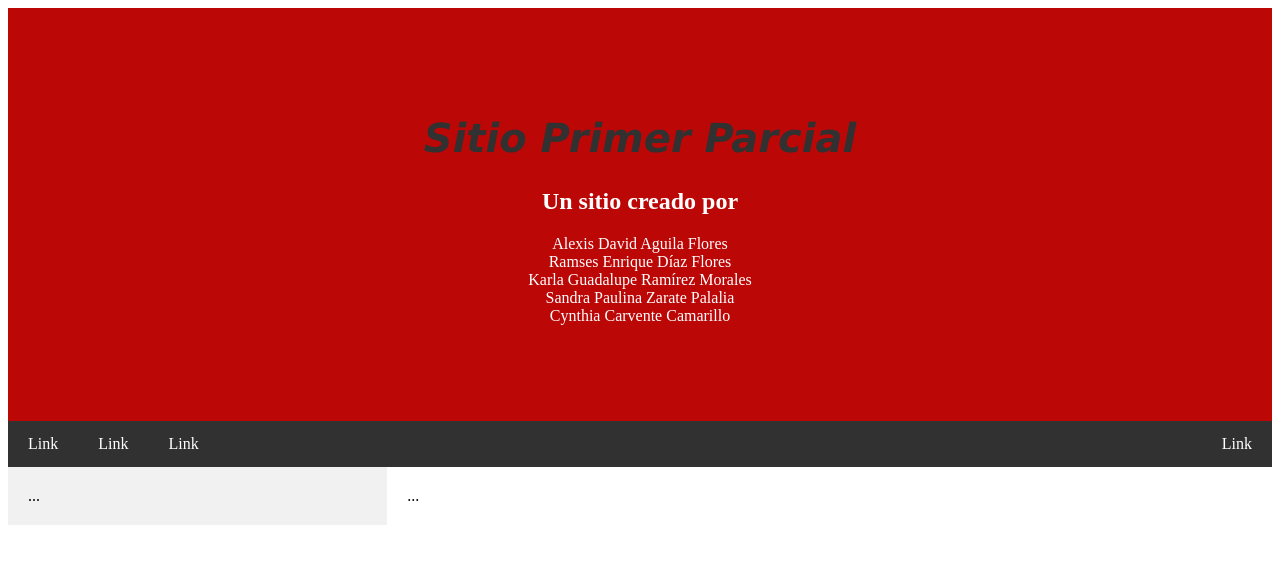
Repository: Dogueen/miniProyectoUniversidad
Page: miniProyecto/miniProyecto.html
These files come from the project's save history. The page is drawn as it stood at one moment and after the next save; the edit follows.
The browser window is 1280 px wide. The pictures show the whole page.

Above is the page before, as saved 2023-10-27 17:15:55.

After the next save:
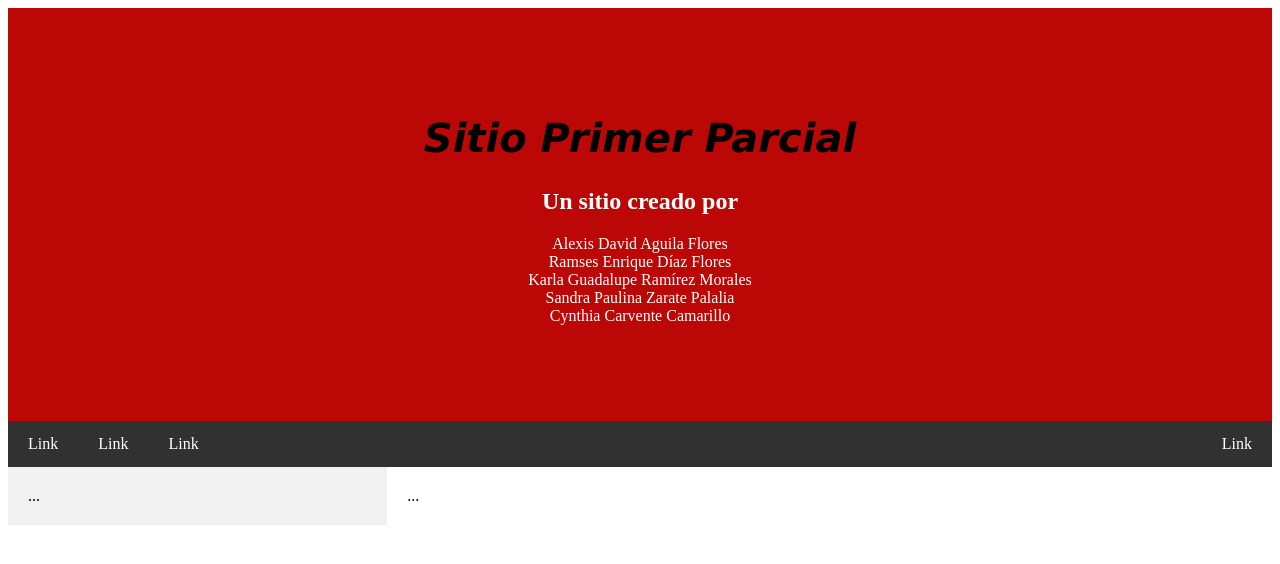
Saved 12 s later.
--- a/miniProyecto/styles/styles.css
+++ b/miniProyecto/styles/styles.css
@@ -18,7 +18,7 @@
     font-size: 40px;
     font-style: italic ;
     font-family: Verdana, Geneva, Tahoma, sans-serif;
-    color:#313131;
+    color:#000000;
 }
 
 /* Style the top navigation bar */
